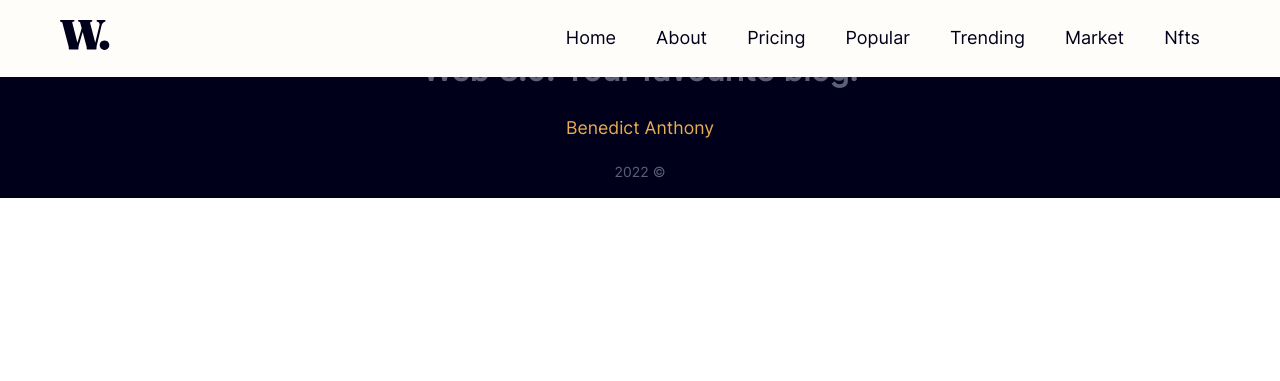
Repository: Benedict-Anthony/web3.0-blog-chain
Page: /market
These files come from the project's save history. The page is drawn as it stood at one moment and after the next save; the edit follows.
The browser window is 1280 px wide. The pictures show the whole page.
The project was rebuilt for these pictures with package versions that can differ from the ones it lists, and the page was loaded fresh each time. The framework's server and built-in components were replaced by stand-ins that run in the browser. Also part of the build but not shown: next.config.js, styles/styles.css.

Above is the page before, as saved 2022-12-22 02:08:44.

### pages/_app.tsx
import '../styles/globals.scss'
import type { AppProps } from 'next/app'
import NavBar from '../components/NavBar'
import "@/styles/styles.css"
import { Footer } from 'components/Footer'
export default function App({ Component, pageProps }: AppProps) {
  return (
    <>
      <NavBar />
      <Component {...pageProps} />
      <Footer/>
    </>
  )
}

### pages/market.tsx
import React from 'react'

const market = () => {
  return (
    <div>

    </div>
  )
}

export default market

### styles/globals.scss
:root{
  --SoftOrange: hsl(35, 77%, 62%);
  --SoftRed: hsl(5, 85%, 63%);

  --Red: hsl(0, 78%, 62%);
  --Cyan: hsl(180, 62%, 55%);
  --Orange: hsl(34, 97%, 64%);
  --Blue: hsl(212, 86%, 64%);

  --OffWhite: hsl(36, 100%, 99%);
  --GrayishBlue: hsl(233, 8%, 79%);
  --DarkGrayishBlue: hsl(236, 13%, 42%);
  --VeryDarkBlue: hsl(240, 100%, 5%);
}

@font-face{
  font-family: "Inter";
  src: url("/landing/assets/fonts/static/inter-Bold.ttf");
  src: url("/landing/assets/fonts/static/inter-ExtraBold.ttf");
  src: url("/landing/assets/fonts/static/inter-Regular.ttf");
}

*::after, *::before, *{
  padding: 0;
  margin: 0;
  box-sizing: border-box;
  transition: all .3s ease;
  line-height: 1.54em;
}


ul,li{
  list-style: none;
}

html{
  scroll-behavior: smooth;
}

body{
  font-family: "Inter";
}

.swiper {
    overflow: visible;
}

### components/NavBar.tsx
import React, { useEffect } from 'react'
import {useState} from "react"
import Image from 'next/image'
import Link from 'next/link';
import NavBarStyles from "@/styles/navBar.module.scss";
import { useRouter } from 'next/router';

const NavBar = () => {
  const [mobileActive, setMobileActive] = useState(false)
  const route = useRouter()

  useEffect(() => {
    setMobileActive(false)
  }, [route.pathname])
  return (

        <header className={NavBarStyles.header}>
          <nav className={NavBarStyles.nav}>
               <div className="logo">
                <Image src="/landing/assets/images/logo.svg" alt="" width={50} height={30} />
              </div>

              <ul style={{
                right: mobileActive ? "0" : "calc(100vw + 50px)"
              }}>
                  <li><Link href={"/"}>Home</Link></li>
                  <li><Link href={"/about"}>About</Link></li>
                  <li><Link href={"/pricing"}>Pricing</Link></li>
                  <li><Link href={"/popular"}>Popular</Link></li>
                  <li><Link href={"/trending"}>Trending</Link></li>
                  <li><Link href={"/market"}>Market</Link></li>
                  <li><Link href={"/nft"}>Nfts</Link></li>

              </ul>

                  <div className={NavBarStyles.toggler} onClick={() => setMobileActive(!mobileActive)}>
                      <Image src={`/landing/assets/images/${mobileActive ? "icon-menu-close.svg" : "icon-menu.svg"}`} alt="" width={25} height={20} />
            </div>

         </nav>
    </header>

  )
}

export default NavBar

### components/Footer.tsx
import React from 'react'
import Footerstyles from "@/styles/Footer.module.scss"
export const Footer = () => {
    const year = new Date().getFullYear()
  return (
    <footer className={Footerstyles.footer}>
        <h3>Web 3.0! Your favourite blog!</h3>
          <p>Benedict Anthony</p>
          <div>{ year} &copy;</div>
    </footer>
  )
}

### styles/navBar.module.scss
.header{
    position: fixed;
    top: 0;
    right: 0;
    left: 0;
    // max-width: 1160px;
    margin: 0 auto;
    padding: 20px;
     background-color: var(--OffWhite);
     z-index:10;
    //  box-shadow:  2px 1px 3px var(--DarkGrayishBlue);
}

.nav{
    display: flex;
    justify-content: space-between;
    align-items: center;
     max-width: 1160px;
    margin: 0 auto;

    .logo{
        width: 50px;
    }

    ul{
        display: flex;
        align-items: center;
        justify-content: space-between;

        li{
            margin: 0 20px;

            a{
                text-decoration: none;
                font-size: 18px;
                color: var(--VeryDarkBlue);
                font-family: "Inter";
                font-weight: 400;
                &:hover{
                    color: var(--SoftRed);
                    cursor: pointer;
                }
            }
        }
    }

    @media(max-width:767px) {
        ul{
            position: absolute;
            top: 0;
            width: 80%;
            background-color: var(--OffWhite);
            box-shadow: 2px 2px 3px var(--DarkGrayishBlue);
            height: 100vh;
            flex-flow: column;
            justify-content: center;
            align-items: flex-start;
            padding-left: 10px;

            li{
                margin: 20px 0;

                a{
                    font-size: 22px;
                }
            }

        }


    }
}



.toggler{
        display: none;


        @media(max-width:767px) {
            display: block;
            z-index: 10;
        }
    }

### styles/Footer.module.scss
.footer{
    display: flex;
    align-items: center;
    justify-content: center;
    flex-direction: column;
    gap: 20px;
    padding: 15px 5px;
    color: var(--DarkGrayishBlue);
    background-color: var(--VeryDarkBlue);
    margin-top: 30px;
    text-align: center;

    h3{
        // color:var(--Blue);
        font-size: 2rem;
    }
    p{
        color: var(--SoftOrange);
        font-size: 1.1rem;
    }

    div{
        // color: var(--SoftOrange);
        font-size: 14px;
    }
}

### components/Button.tsx
import React from 'react'
import ButtonbStyles from "@/styles/Button.module.scss"
type ButtonProps = {
    title:string
}
const Button = ({title}: ButtonProps) => {
  return (
    <button className={ButtonbStyles.button}>
      {title}
    </button>
  )
}

export default Button

### styles/Button.module.scss
.button{
    display: inline-block;
    color: var(--OffWhite);
    padding: 10px 20px;
    border: 0;
    background-color: var(--SoftRed);
    margin-top: 10px;
    font-size: 18px;
    border-radius: 2px;
    text-transform: capitalize;

    &:hover{
        cursor: pointer;
        background-color: var(--VeryDarkBlue);
    }
}

After the next save:
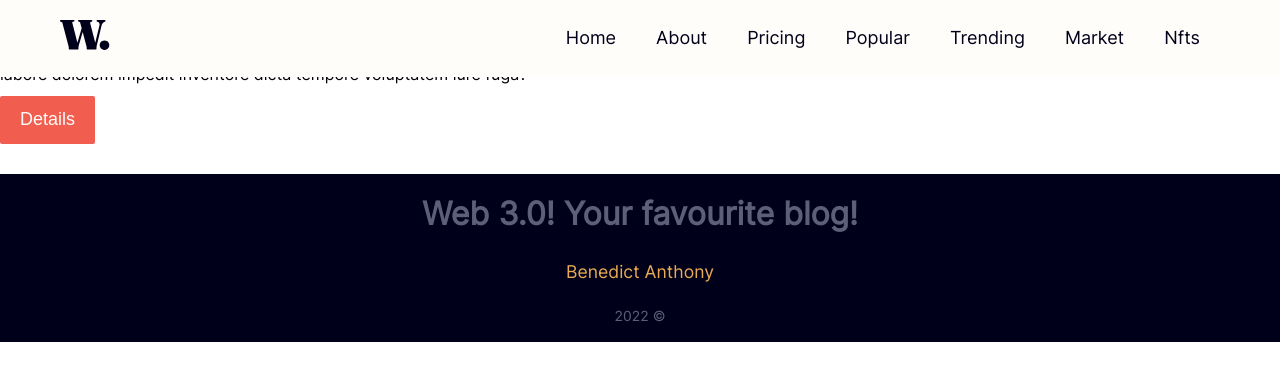
Saved 65 s later.
--- a/pages/market.tsx
+++ b/pages/market.tsx
@@ -1,10 +1,13 @@
+import Button from 'components/Button'
 import React from 'react'
 
 const market = () => {
   return (
-    <div>
-
-    </div>
+      <article>
+          <h2>Lorem ipsum dolor sit amet.</h2>
+          <p>Lorem ipsum dolor sit amet consectetur adipisicing elit. Quibusdam repellendus assumenda esse exercitationem? Cumque eligendi, voluptas, enim ullam quos quas iste labore dolorem impedit inventore dicta tempore voluptatem iure fuga?</p>
+          <Button title='Details'/>
+    </article>
   )
 }
 
